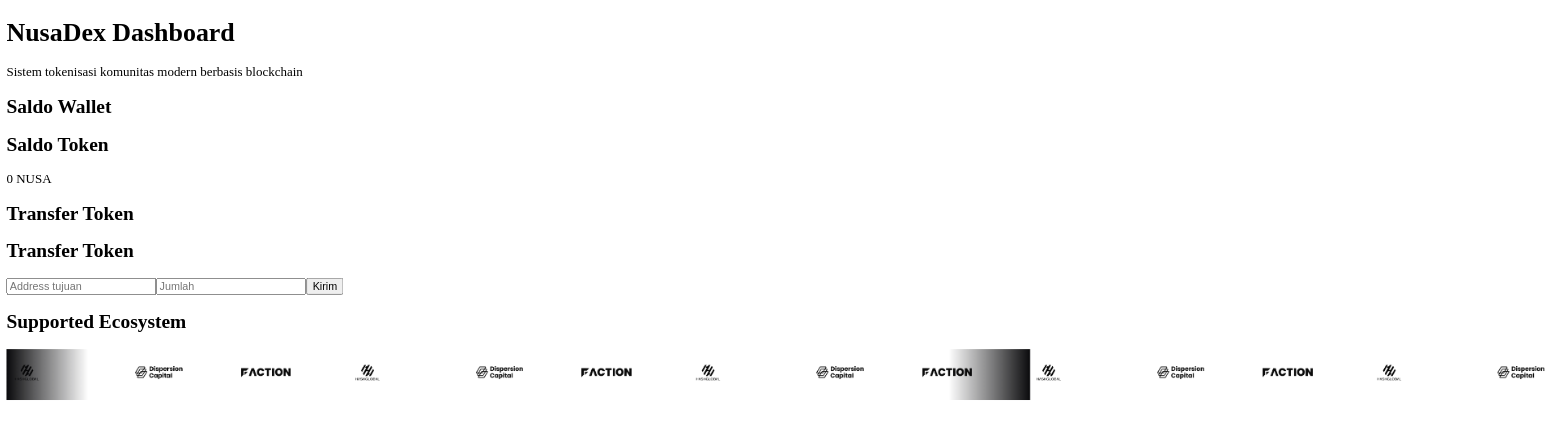
Repository: Danang-adi/Zentrix
Page: / (app in frontend-react/)
An editor plug-in stored every save of this project. The page is shown before and after a run of saves, followed by the edit.
The browser window is 1280 px wide. The page is 2218 px wide, so the pictures cover 1920 px, including what lies to the right of the window. The pictures show the whole page, at 81% of full size.
The page's requests for data from a server got no answer. The project was rebuilt for these pictures with package versions that can differ from the ones it lists, and the page was loaded fresh each time. No one was signed in, and anything a server would have sent is missing. Also part of the build but not shown: frontend-react/vite.config.ts, frontend-react/src/index.css.

Above is the page before, as saved 2026-04-25 20:33:04.

### frontend-react/index.html
<!doctype html>
<html lang="en">
  <head>
    <meta charset="UTF-8" />
    <link rel="icon" type="image/svg+xml" href="/favicon.svg" />
    <meta name="viewport" content="width=device-width, initial-scale=1.0" />
    <title>frontend-react</title>
  </head>
  <body>
    <div id="root"></div>
    <script type="module" src="/src/main.tsx"></script>
  </body>
</html>

### frontend-react/src/App.tsx
import BalanceCard from "./components/BalanceCard";
import TransferForm from "./components/TransferForm";
import LogoLoop from "./components/LogoLoop";

import dispersion from "./assets/dispersion.png";
import faction from "./assets/faction.png";
import hashglobal from "./assets/hashglobal.png";

function App() {
  const cryptoLogos = [
    { src: dispersion, alt: "Ethereum", href: "#" },
    { src: faction, alt: "Bitcoin", href: "#" },
    { src: hashglobal, alt: "Solana", href: "#" },
  ];

  return (
    <div className="min-h-screen bg-zinc-950 text-white px-6 py-10 overflow-x-hidden">
      <div className="mx-auto max-w-6xl">
        {/* Header */}
        <div className="mb-10 text-center">
          <h1 className="text-5xl font-bold tracking-tight bg-gradient-to-r from-cyan-400 to-blue-500 bg-clip-text text-transparent">
            NusaDex Dashboard
          </h1>
          <p className="mt-3 text-zinc-400 text-lg">
            Sistem tokenisasi komunitas modern berbasis blockchain
          </p>
        </div>

        {/* Main Grid */}
        <div className="grid gap-6 md:grid-cols-2">
          {/* Balance */}
          <div className="rounded-2xl border border-zinc-800 bg-zinc-900/70 p-6 shadow-xl backdrop-blur">
            <h2 className="mb-4 text-xl font-semibold text-cyan-400">
              Saldo Wallet
            </h2>
            <BalanceCard />
          </div>

          {/* Transfer */}
          <div className="rounded-2xl border border-zinc-800 bg-zinc-900/70 p-6 shadow-xl backdrop-blur">
            <h2 className="mb-4 text-xl font-semibold text-blue-400">
              Transfer Token
            </h2>
            <TransferForm />
          </div>
        </div>

        {/* Logo Loop */}
        <div className="mt-12 rounded-2xl border border-zinc-800 bg-zinc-900/70 p-6 shadow-xl backdrop-blur">
          <h2 className="mb-6 text-center text-xl font-semibold text-zinc-200">
            Supported Ecosystem
          </h2>

          <div className="relative w-full overflow-hidden h-28">
            <LogoLoop
              logos={cryptoLogos}
              speed={60}
              direction="left"
              logoHeight={22}
              gap={50}
              pauseOnHover
              scaleOnHover
              fadeOut
              fadeOutColor="#09090b"
              ariaLabel="Crypto Partners"
            />
          </div>
        </div>
      </div>
    </div>
  );
}

export default App;

### frontend-react/src/components/BalanceCard.jsx
import { useEffect, useState } from "react";
import { getBalance } from "../api/blockchain";

export default function BalanceCard() {
  const [balance, setBalance] = useState("0");

  const address =
    "0xf39Fd6e51aad88F6F4ce6aB8827279cffFb92266";

  useEffect(() => {
    loadBalance();
  }, []);

  const loadBalance = async () => {
  const res = await getBalance(address);
  console.log(res.data);
  setBalance(res.data.balance);
};

  return (
    <div>
      <h2>Saldo Token</h2>
      <p>{balance} NUSA</p>
    </div>
  );
}

### frontend-react/src/components/TransferForm.jsx
import { useState } from "react";
import { transferToken } from "../api/blockchain";

export default function TransferForm() {
  const [to, setTo] = useState("");
  const [amount, setAmount] = useState("");

const submit = async () => {
  const res = await transferToken({ to, amount });

  alert("Success");

  loadBalance(); // refresh saldo
};

  return (
    <div>
      <h2>Transfer Token</h2>

      <input
        placeholder="Address tujuan"
        value={to}
        onChange={(e) => setTo(e.target.value)}
      />

      <input
        placeholder="Jumlah"
        value={amount}
        onChange={(e) => setAmount(e.target.value)}
      />

      <button onClick={submit}>Kirim</button>
    </div>
  );
}

### frontend-react/src/components/LogoLoop.jsx
import { useCallback, useEffect, useMemo, useRef, useState, memo } from 'react';
import './LogoLoop.css';

const ANIMATION_CONFIG = { SMOOTH_TAU: 0.25, MIN_COPIES: 2, COPY_HEADROOM: 2 };

const toCssLength = value => (typeof value === 'number' ? `${value}px` : (value ?? undefined));

const useResizeObserver = (callback, elements, dependencies) => {
  useEffect(() => {
    if (!window.ResizeObserver) {
      const handleResize = () => callback();
      window.addEventListener('resize', handleResize);
      callback();
      return () => window.removeEventListener('resize', handleResize);
    }
    const observers = elements.map(ref => {
      if (!ref.current) return null;
      const observer = new ResizeObserver(callback);
      observer.observe(ref.current);
      return observer;
    });
    callback();
    return () => {
      observers.forEach(observer => observer?.disconnect());
    };
  }, [callback, elements, dependencies]);
};

const useImageLoader = (seqRef, onLoad, dependencies) => {
  useEffect(() => {
    const images = seqRef.current?.querySelectorAll('img') ?? [];
    if (images.length === 0) {
      onLoad();
      return;
    }
    let remainingImages = images.length;
    const handleImageLoad = () => {
      remainingImages -= 1;
      if (remainingImages === 0) onLoad();
    };
    images.forEach(img => {
      const htmlImg = img;
      if (htmlImg.complete) {
        handleImageLoad();
      } else {
        htmlImg.addEventListener('load', handleImageLoad, { once: true });
        htmlImg.addEventListener('error', handleImageLoad, { once: true });
      }
    });
    return () => {
      images.forEach(img => {
        img.removeEventListener('load', handleImageLoad);
        img.removeEventListener('error', handleImageLoad);
      });
    };
  }, [onLoad, seqRef, dependencies]);
};

const useAnimationLoop = (trackRef, targetVelocity, seqWidth, seqHeight, isHovered, hoverSpeed, isVertical) => {
  const rafRef = useRef(null);
  const lastTimestampRef = useRef(null);
  const offsetRef = useRef(0);
  const velocityRef = useRef(0);

  useEffect(() => {
    const track = trackRef.current;
    if (!track) return;

    const seqSize = isVertical ? seqHeight : seqWidth;

    if (seqSize > 0) {
      offsetRef.current = ((offsetRef.current % seqSize) + seqSize) % seqSize;
      const transformValue = isVertical
        ? `translate3d(0, ${-offsetRef.current}px, 0)`
        : `translate3d(${-offsetRef.current}px, 0, 0)`;
      track.style.transform = transformValue;
    }

    const animate = timestamp => {
      if (lastTimestampRef.current === null) {
        lastTimestampRef.current = timestamp;
      }

      const deltaTime = Math.max(0, timestamp - lastTimestampRef.current) / 1000;
      lastTimestampRef.current = timestamp;

      const target = isHovered && hoverSpeed !== undefined ? hoverSpeed : targetVelocity;

      const easingFactor = 1 - Math.exp(-deltaTime / ANIMATION_CONFIG.SMOOTH_TAU);
      velocityRef.current += (target - velocityRef.current) * easingFactor;

      if (seqSize > 0) {
        let nextOffset = offsetRef.current + velocityRef.current * deltaTime;
        nextOffset = ((nextOffset % seqSize) + seqSize) % seqSize;
        offsetRef.current = nextOffset;

        const transformValue = isVertical
          ? `translate3d(0, ${-offsetRef.current}px, 0)`
          : `translate3d(${-offsetRef.current}px, 0, 0)`;
        track.style.transform = transformValue;
      }

      rafRef.current = requestAnimationFrame(animate);
    };

    rafRef.current = requestAnimationFrame(animate);

    return () => {
      if (rafRef.current !== null) {
        cancelAnimationFrame(rafRef.current);
        rafRef.current = null;
      }
      lastTimestampRef.current = null;
    };
  }, [targetVelocity, seqWidth, seqHeight, isHovered, hoverSpeed, isVertical, trackRef]);
};

export const LogoLoop = memo(
  ({
    logos,
    speed = 60,
    direction = 'left',
    width = '100%',
    logoHeight = 40,
    gap = 32,
    pauseOnHover,
    hoverSpeed,
    fadeOut = false,
    fadeOutColor,
    scaleOnHover = false,
    renderItem,
    ariaLabel = 'Partner logos',
    className,
    style
  }) => {
    const containerRef = useRef(null);
    const trackRef = useRef(null);
    const seqRef = useRef(null);

    const [seqWidth, setSeqWidth] = useState(0);
    const [seqHeight, setSeqHeight] = useState(0);
    const [copyCount, setCopyCount] = useState(ANIMATION_CONFIG.MIN_COPIES);
    const [isHovered, setIsHovered] = useState(false);

    const effectiveHoverSpeed = useMemo(() => {
      if (hoverSpeed !== undefined) return hoverSpeed;
      if (pauseOnHover === true) return 0;
      if (pauseOnHover === false) return undefined;
      return 0;
    }, [hoverSpeed, pauseOnHover]);

    const isVertical = direction === 'up' || direction === 'down';

    const targetVelocity = useMemo(() => {
      const magnitude = Math.abs(speed);
      let directionMultiplier;
      if (isVertical) {
        directionMultiplier = direction === 'up' ? 1 : -1;
      } else {
        directionMultiplier = direction === 'left' ? 1 : -1;
      }
      const speedMultiplier = speed < 0 ? -1 : 1;
      return magnitude * directionMultiplier * speedMultiplier;
    }, [speed, direction, isVertical]);

    const updateDimensions = useCallback(() => {
      const containerWidth = containerRef.current?.clientWidth ?? 0;
      const sequenceRect = seqRef.current?.getBoundingClientRect?.();
      const sequenceWidth = sequenceRect?.width ?? 0;
      const sequenceHeight = sequenceRect?.height ?? 0;
      if (isVertical) {
        const parentHeight = containerRef.current?.parentElement?.clientHeight ?? 0;
        if (containerRef.current && parentHeight > 0) {
          const targetHeight = Math.ceil(parentHeight);
          if (containerRef.current.style.height !== `${targetHeight}px`)
            containerRef.current.style.height = `${targetHeight}px`;
        }
        if (sequenceHeight > 0) {
          setSeqHeight(Math.ceil(sequenceHeight));
          const viewport = containerRef.current?.clientHeight ?? parentHeight ?? sequenceHeight;
          const copiesNeeded = Math.ceil(viewport / sequenceHeight) + ANIMATION_CONFIG.COPY_HEADROOM;
          setCopyCount(Math.max(ANIMATION_CONFIG.MIN_COPIES, copiesNeeded));
        }
      } else if (sequenceWidth > 0) {
        setSeqWidth(Math.ceil(sequenceWidth));
        const copiesNeeded = Math.ceil(containerWidth / sequenceWidth) + ANIMATION_CONFIG.COPY_HEADROOM;
        setCopyCount(Math.max(ANIMATION_CONFIG.MIN_COPIES, copiesNeeded));
      }
    }, [isVertical]);

    useResizeObserver(updateDimensions, [containerRef, seqRef], [logos, gap, logoHeight, isVertical]);

    useImageLoader(seqRef, updateDimensions, [logos, gap, logoHeight, isVertical]);

    useAnimationLoop(trackRef, targetVelocity, seqWidth, seqHeight, isHovered, effectiveHoverSpeed, isVertical);

    const cssVariables = useMemo(
      () => ({
        '--logoloop-gap': `${gap}px`,
        '--logoloop-logoHeight': `${logoHeight}px`,
        ...(fadeOutColor && { '--logoloop-fadeColor': fadeOutColor })
      }),
      [gap, logoHeight, fadeOutColor]
    );

    const rootClassName = useMemo(
      () =>
        [
          'logoloop',
          isVertical ? 'logoloop--vertical' : 'logoloop--horizontal',
          fadeOut && 'logoloop--fade',
          scaleOnHover && 'logoloop--scale-hover',
          className
        ]
          .filter(Boolean)
          .join(' '),
      [isVertical, fadeOut, scaleOnHover, className]
    );

    const handleMouseEnter = useCallback(() => {
      if (effectiveHoverSpeed !== undefined) setIsHovered(true);
    }, [effectiveHoverSpeed]);
    const handleMouseLeave = useCallback(() => {
      if (effectiveHoverSpeed !== undefined) setIsHovered(false);
    }, [effectiveHoverSpeed]);

    const renderLogoItem = useCallback(
      (item, key) => {
        if (renderItem) {
          return (
            <li className="logoloop__item" key={key} role="listitem">
              {renderItem(item, key)}
            </li>
          );
        }
        const isNodeItem = 'node' in item;
        const content = isNodeItem ? (
          <span className="logoloop__node" aria-hidden={!!item.href && !item.ariaLabel}>
            {item.node}
          </span>
        ) : (
          <img
            src={item.src}
            srcSet={item.srcSet}
            sizes={item.sizes}
            width={item.width}
            height={item.height}
            alt={item.alt ?? ''}
            title={item.title}
            loading="lazy"
            decoding="async"
            separator={false}
            draggable={false}
          />
        );
        const itemAriaLabel = isNodeItem ? (item.ariaLabel ?? item.title) : (item.alt ?? item.title);
        const itemContent = item.href ? (
          <a
            className="logoloop__link"
            href={item.href}
            aria-label={itemAriaLabel || 'logo link'}
            target="_blank"
            rel="noreferrer noopener"
          >
            {content}
          </a>
        ) : (
          content
        );
        return (
          <li className="logoloop__item" key={key} role="listitem">
            {itemContent}
          </li>
        );
      },
      [renderItem]
    );

    const logoLists = useMemo(
      () =>
        Array.from({ length: copyCount }, (_, copyIndex) => (
          <ul
            className="logoloop__list"
            key={`copy-${copyIndex}`}
            role="list"
            aria-hidden={copyIndex > 0}
            ref={copyIndex === 0 ? seqRef : undefined}
          >
            {logos.map((item, itemIndex) => renderLogoItem(item, `${copyIndex}-${itemIndex}`))}
          </ul>
        )),
      [copyCount, logos, renderLogoItem]
    );

    const containerStyle = useMemo(
      () => ({
        width: isVertical
          ? toCssLength(width) === '100%'
            ? undefined
            : toCssLength(width)
          : (toCssLength(width) ?? '100%'),
        ...cssVariables,
        ...style
      }),
      [width, cssVariables, style, isVertical]
    );

    return (
      <div ref={containerRef} className={rootClassName} style={containerStyle} role="region" aria-label={ariaLabel}>
        <div className="logoloop__track" ref={trackRef} onMouseEnter={handleMouseEnter} onMouseLeave={handleMouseLeave}>
          {logoLists}
        </div>
      </div>
    );
  }
);

LogoLoop.displayName = 'LogoLoop';

export default LogoLoop;

### frontend-react/src/api/blockchain.js
import axios from "axios";

const API = axios.create({
  baseURL: "http://localhost:3001",
});

export const getBalance = (address) => API.get(`/token/${address}`);

export const transferToken = (data) => API.post("/transfer", data);

### frontend-react/src/components/LogoLoop.css
.logoloop {
  position: relative;

  --logoloop-gap: 32px;
  --logoloop-logoHeight: 28px;
  --logoloop-fadeColorAuto: #ffffff;
}

.logoloop--vertical {
  height: 100%;
  display: inline-block;
}

.logoloop--scale-hover {
  padding-top: calc(var(--logoloop-logoHeight) * 0.1);
  padding-bottom: calc(var(--logoloop-logoHeight) * 0.1);
}

@media (prefers-color-scheme: dark) {
  .logoloop {
    --logoloop-fadeColorAuto: #0b0b0b;
  }
}

.logoloop__track {
  display: flex;
  width: max-content;
  will-change: transform;
  user-select: none;
  position: relative;
  z-index: 0;
}

.logoloop--vertical .logoloop__track {
  flex-direction: column;
  height: max-content;
  width: 100%;
}

.logoloop__list {
  display: flex;
  align-items: center;
}

.logoloop--vertical .logoloop__list {
  flex-direction: column;
}

.logoloop__item {
  flex: 0 0 auto;
  margin-right: var(--logoloop-gap);
  font-size: var(--logoloop-logoHeight);
  line-height: 1;
}

.logoloop--vertical .logoloop__item {
  margin-right: 0;
  margin-bottom: var(--logoloop-gap);
}

.logoloop__item:last-child {
  margin-right: var(--logoloop-gap);
}

.logoloop--vertical .logoloop__item:last-child {
  margin-right: 0;
  margin-bottom: var(--logoloop-gap);
}

.logoloop__node {
  display: inline-flex;
  align-items: center;
}

.logoloop__item img {
  height: var(--logoloop-logoHeight);
  width: auto;
  display: block;
  object-fit: contain;
  image-rendering: -webkit-optimize-contrast;
  -webkit-user-drag: none;
  pointer-events: none;
  transition: transform 0.3s cubic-bezier(0.4, 0, 0.2, 1);
}

.logoloop--scale-hover .logoloop__item {
  overflow: visible;
}

.logoloop--scale-hover .logoloop__item:hover img,
.logoloop--scale-hover .logoloop__item:hover .logoloop__node {
  transform: scale(1.2);
  transform-origin: center center;
}

.logoloop--scale-hover .logoloop__node {
  transition: transform 0.3s cubic-bezier(0.4, 0, 0.2, 1);
}

.logoloop__link {
  display: inline-flex;
  align-items: center;
  text-decoration: none;
  border-radius: 4px;
  transition: opacity 0.2s ease;
}

.logoloop__list,
.logoloop__item {
  list-style: none !important;
}

.logoloop__item::marker {
  display: none;
  content: "";
}

.logoloop__link:hover {
  opacity: 0.8;
}

.logoloop__link:focus-visible {
  outline: 2px solid currentColor;
  outline-offset: 2px;
}

.logoloop--fade::before,
.logoloop--fade::after {
  content: '';
  position: absolute;
  top: 0;
  bottom: 0;
  width: clamp(24px, 8%, 120px);
  pointer-events: none;
  z-index: 10;
}

.logoloop--fade::before {
  left: 0;
  background: linear-gradient(
    to right,
    var(--logoloop-fadeColor, var(--logoloop-fadeColorAuto)) 0%,
    rgba(0, 0, 0, 0) 100%
  );
}

.logoloop--fade::after {
  right: 0;
  background: linear-gradient(
    to left,
    var(--logoloop-fadeColor, var(--logoloop-fadeColorAuto)) 0%,
    rgba(0, 0, 0, 0) 100%
  );
}

.logoloop--vertical.logoloop--fade::before,
.logoloop--vertical.logoloop--fade::after {
  left: 0;
  right: 0;
  width: 100%;
  height: clamp(24px, 8%, 120px);
}

.logoloop--vertical.logoloop--fade::before {
  top: 0;
  bottom: auto;
  background: linear-gradient(
    to bottom,
    var(--logoloop-fadeColor, var(--logoloop-fadeColorAuto)) 0%,
    rgba(0, 0, 0, 0) 100%
  );
}

.logoloop--vertical.logoloop--fade::after {
  bottom: 0;
  top: auto;
  background: linear-gradient(
    to top,
    var(--logoloop-fadeColor, var(--logoloop-fadeColorAuto)) 0%,
    rgba(0, 0, 0, 0) 100%
  );
}

@media (prefers-reduced-motion: reduce) {
  .logoloop__track {
    transform: translate3d(0, 0, 0) !important;
  }

  .logoloop__item img,
  .logoloop__node {
    transition: none !important;
  }
}

Loaded but not shown: frontend-react/src/main.tsx (common file)

After the next 3 saves:
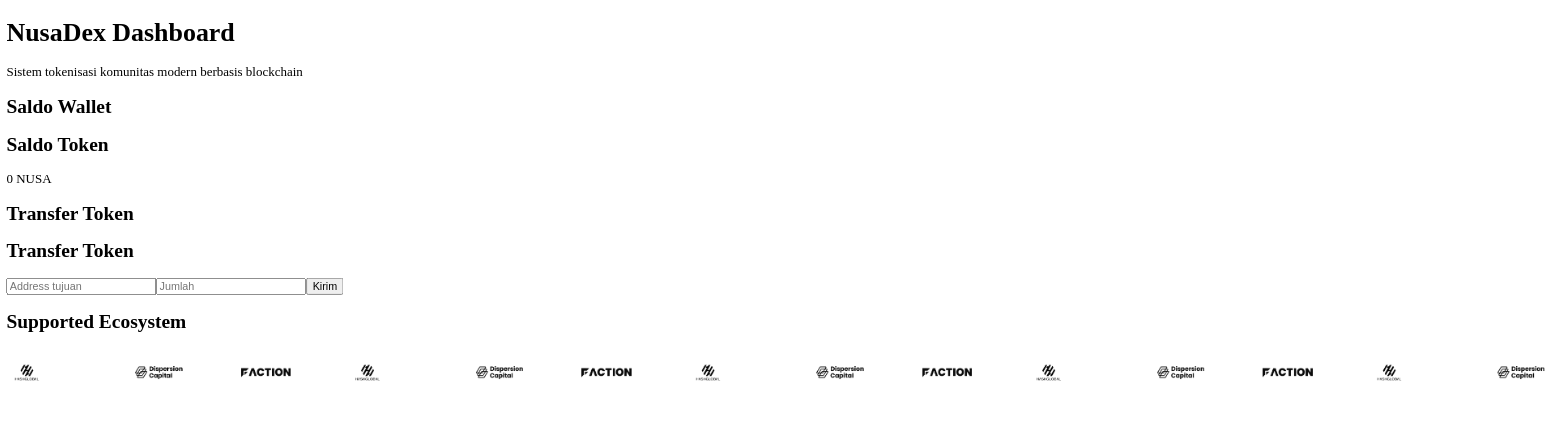
The 3 saves are shown as one change because they came seconds apart.
The last was saved 83 s later.
--- a/frontend-react/src/components/LogoLoop.css
+++ b/frontend-react/src/components/LogoLoop.css
@@ -137,20 +137,10 @@
 
 .logoloop--fade::before {
   left: 0;
-  background: linear-gradient(
-    to right,
-    var(--logoloop-fadeColor, var(--logoloop-fadeColorAuto)) 0%,
-    rgba(0, 0, 0, 0) 100%
-  );
 }
 
 .logoloop--fade::after {
   right: 0;
-  background: linear-gradient(
-    to left,
-    var(--logoloop-fadeColor, var(--logoloop-fadeColorAuto)) 0%,
-    rgba(0, 0, 0, 0) 100%
-  );
 }
 
 .logoloop--vertical.logoloop--fade::before,
